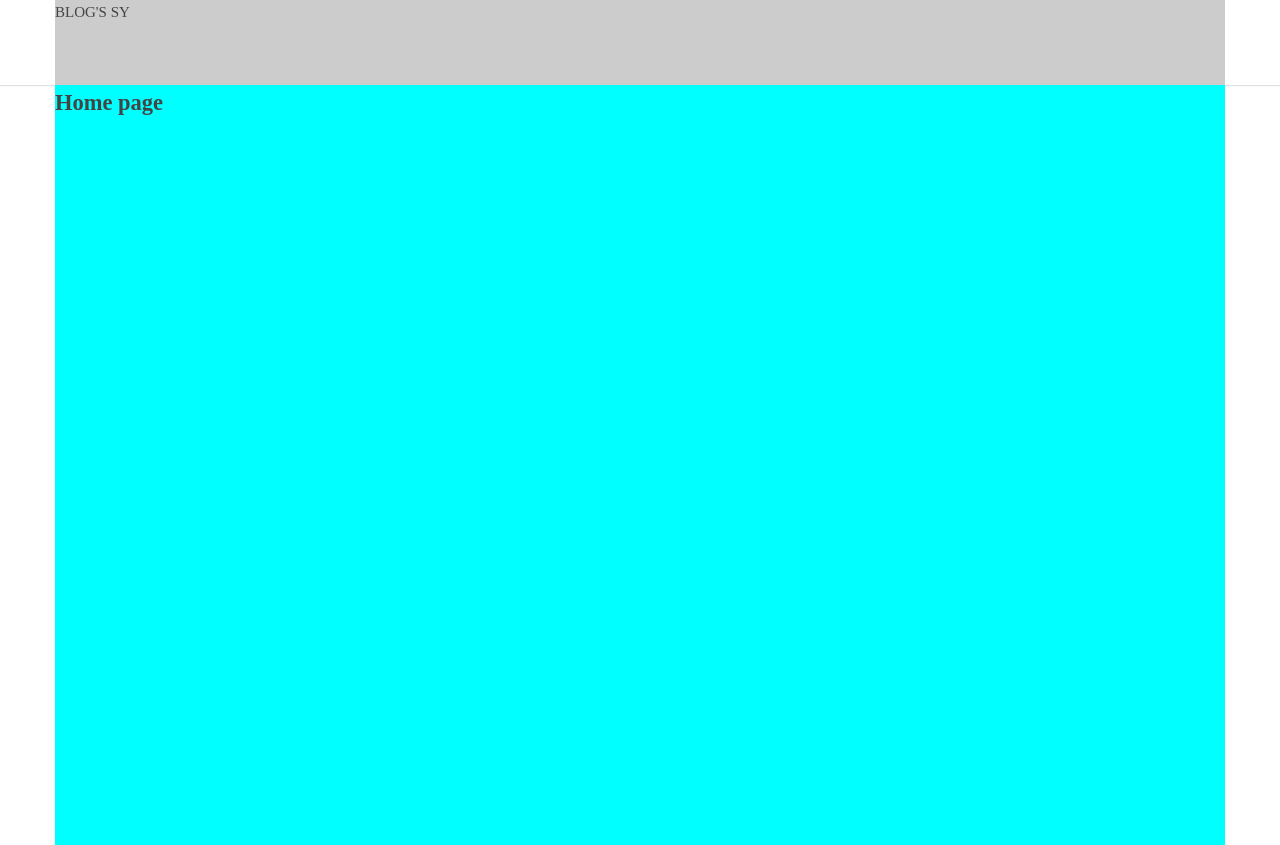
Repository: SyLe-Van/Make-Colorful
Page: /
These files come from the project's save history. The page is drawn as it stood at one moment and after the next save; the edit follows.
The browser window is 1280 px wide. The pictures show the whole page.
Some web fonts or font styles are not loaded; a fallback is used. The project was rebuilt for these pictures with package versions that can differ from the ones it lists, and the page was loaded fresh each time. Also part of the build but not shown: src/pages/cinema/index.js, src/pages/fashion/index.js, src/pages/grooming/index.js, src/pages/lifestyle/index.js, src/pages/contact/index.js.

Above is the page before, as saved 2023-10-10 12:03:01.

After the next save:
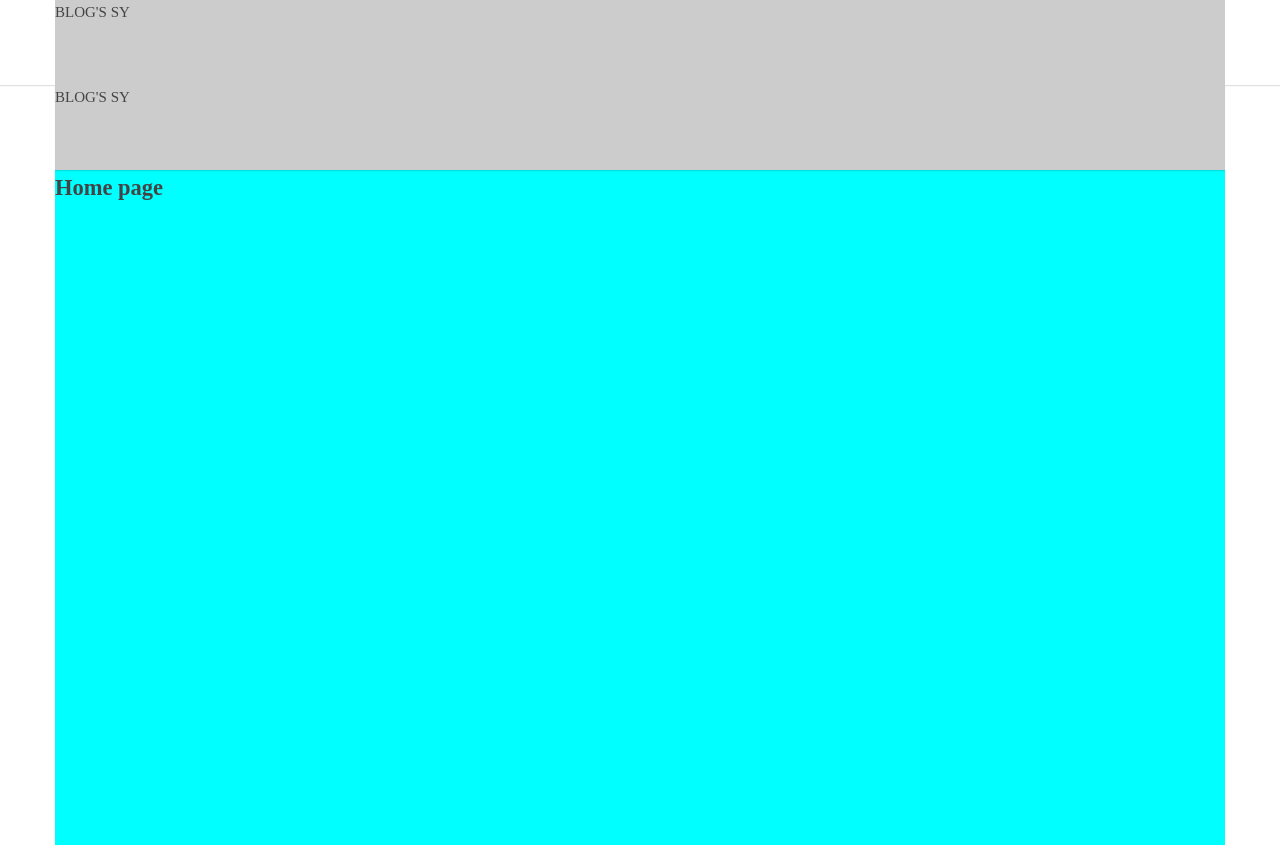
Saved 66 s later.
--- a/src/components/Layout/DefaultLayout/index.js
+++ b/src/components/Layout/DefaultLayout/index.js
@@ -1,6 +1,7 @@
 import Header from './Header';
 import classNames from 'classnames/bind';
 import styles from './DefaultLayout.module.scss';
+import Sidebar from './Sidebar';
 
 const cx = classNames.bind(styles);
 function DefaultLayout({ children }) {
@@ -8,6 +9,7 @@ function DefaultLayout({ children }) {
         <div className={cx('wrapper')}>
             <Header />
             <div className={cx('container')}>
+                <Sidebar />
                 <div className={cx('contain')}>{children}</div>
             </div>
         </div>
